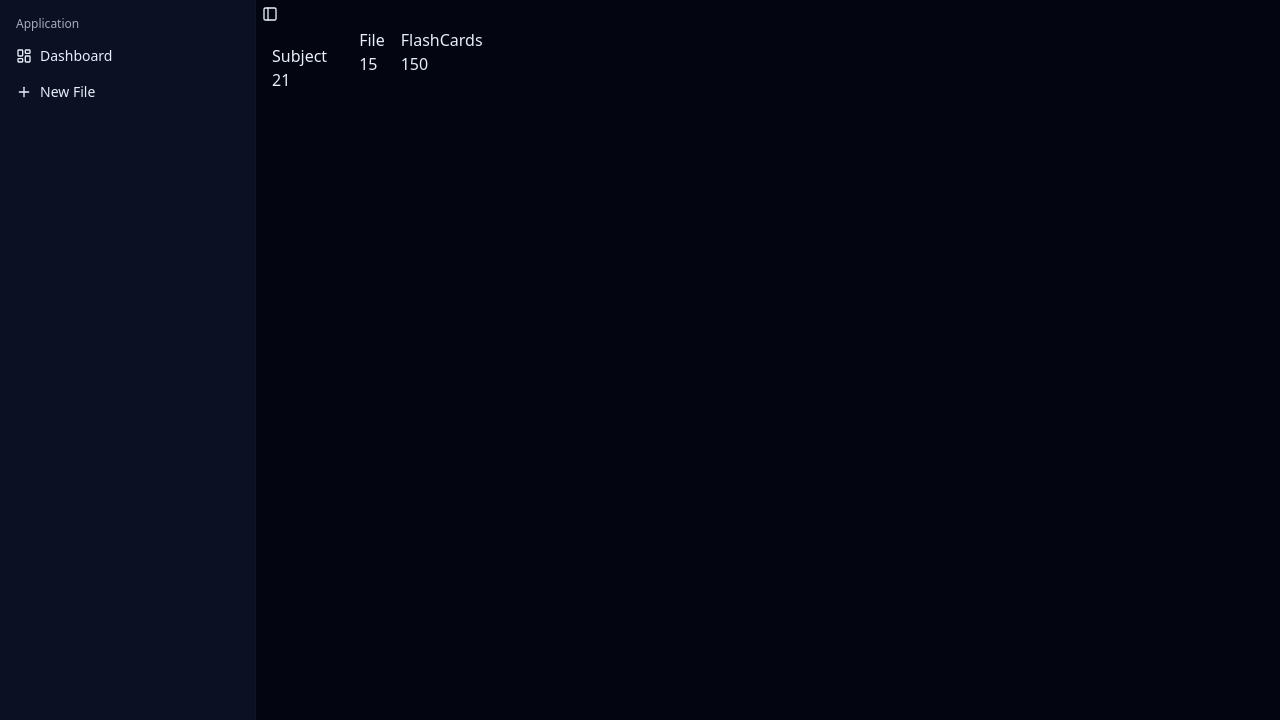
Repository: SywarDer/Student-Assistance
Page: /dashboard (app in student-assistant/)
These files come from the project's save history. The page is drawn as it stood at one moment and after the next save; the edit follows.
The browser window is 1280 px wide. The pictures show the whole page.
The project was rebuilt for these pictures with package versions that can differ from the ones it lists, and the page was loaded fresh each time. The framework's server and built-in components were replaced by stand-ins that run in the browser. Also part of the build but not shown: student-assistant/next.config.ts, student-assistant/components/ui/input.tsx, student-assistant/components/ui/separator.tsx, student-assistant/components/ui/skeleton.tsx. Imported but missing from the stored project, and not drawn on this page: student-assistant/components/ui/sheet.

Above is the page before, as saved 2025-10-30 19:47:22.

### student-assistant/app/layout.tsx
import type { Metadata } from "next";
import { Geist, Geist_Mono } from "next/font/google";
import "./globals.css";
import { SidebarProvider, SidebarTrigger } from "@/components/ui/sidebar";
import { AppSidebar } from "./home/components/navBar";

const geistSans = Geist({
  variable: "--font-geist-sans",
  subsets: ["latin"],
});

const geistMono = Geist_Mono({
  variable: "--font-geist-mono",
  subsets: ["latin"],
});

export const metadata: Metadata = {
  title: "Create Next App",
  description: "Generated by create next app",
};

export default function RootLayout({
children,
}: Readonly<{
  children: React.ReactNode;
}>) {
  return (
    <html lang="en">
      <body
        className={`${geistSans.variable} ${geistMono.variable} antialiased`}
      >
        <SidebarProvider>
      <AppSidebar />
      <main>
        <SidebarTrigger />
        {children}
         </main>
    </SidebarProvider>
      </body>
    </html>
  );
}

### student-assistant/app/dashboard/page.tsx
export default function Dashboard(){
    return(

        <div className="flex space-x-4">
            <div className="rounded-lg p-4">
                <h1 className="">Subject</h1>
                <h1>21</h1>
            </div>
            <div>
                <h1>File</h1>
                <h1>15</h1>
            </div>
            <div>
                <h1>FlashCards</h1>
                <h1>150</h1>
            </div>
        </div>

    )
}

### student-assistant/app/globals.css
@import "tailwindcss";
@import "tw-animate-css";

@custom-variant dark (&:is(.dark *));

@theme inline {
  --color-background: var(--background);
  --color-foreground: var(--foreground);
  --font-sans: var(--font-geist-sans);
  --font-mono: var(--font-geist-mono);
  --color-sidebar-ring: var(--sidebar-ring);
  --color-sidebar-border: var(--sidebar-border);
  --color-sidebar-accent-foreground: var(--sidebar-accent-foreground);
  --color-sidebar-accent: var(--sidebar-accent);
  --color-sidebar-primary-foreground: var(--sidebar-primary-foreground);
  --color-sidebar-primary: var(--sidebar-primary);
  --color-sidebar-foreground: var(--sidebar-foreground);
  --color-sidebar: var(--sidebar);
  --color-chart-5: var(--chart-5);
  --color-chart-4: var(--chart-4);
  --color-chart-3: var(--chart-3);
  --color-chart-2: var(--chart-2);
  --color-chart-1: var(--chart-1);
  --color-ring: var(--ring);
  --color-input: var(--input);
  --color-border: var(--border);
  --color-destructive: var(--destructive);
  --color-accent-foreground: var(--accent-foreground);
  --color-accent: var(--accent);
  --color-muted-foreground: var(--muted-foreground);
  --color-muted: var(--muted);
  --color-secondary-foreground: var(--secondary-foreground);
  --color-secondary: var(--secondary);
  --color-primary-foreground: var(--primary-foreground);
  --color-primary: var(--primary);
  --color-popover-foreground: var(--popover-foreground);
  --color-popover: var(--popover);
  --color-card-foreground: var(--card-foreground);
  --color-card: var(--card);
  --radius-sm: calc(var(--radius) - 4px);
  --radius-md: calc(var(--radius) - 2px);
  --radius-lg: var(--radius);
  --radius-xl: calc(var(--radius) + 4px);
}

:root {
  --radius: 0.625rem;

  /* Base dark background & text */
  --background: oklch(0.12 0.03 270);        /* Dark gray-blue */
  --foreground: oklch(0.95 0.02 260);        /* Soft white */

  /* Cards & popovers */
  --card: oklch(0.18 0.04 270);              /* Slightly lighter than background */
  --card-foreground: var(--foreground);
  --popover: oklch(0.18 0.04 270);
  --popover-foreground: var(--foreground);

  /* Primary & secondary */
  --primary: oklch(0.6 0.12 260);            /* Deep blue */
  --primary-foreground: var(--foreground);
  --secondary: oklch(0.45 0.08 280);         /* Soft purple */
  --secondary-foreground: var(--foreground);

  /* Muted & accents */
  --muted: oklch(0.2 0.03 270);
  --muted-foreground: oklch(0.7 0.02 260);
  --accent: oklch(0.65 0.15 350);            /* Magenta/pinkish accent */
  --accent-foreground: var(--foreground);

  /* Destructive actions */
  --destructive: oklch(0.6 0.25 30);         /* Dark red */
  --border: oklch(0.3 0.02 270 / 40%);
  --input: oklch(0.15 0.03 270);             /* Slightly darker than card */
  --ring: oklch(0.5 0.03 270);

  /* Charts */
  --chart-1: oklch(0.65 0.22 40);
  --chart-2: oklch(0.6 0.15 170);
  --chart-3: oklch(0.4 0.08 230);
  --chart-4: oklch(0.6 0.18 300);
  --chart-5: oklch(0.55 0.2 50);

  /* Sidebar */
  --sidebar: oklch(0.18 0.04 270);
  --sidebar-foreground: var(--foreground);
  --sidebar-primary: var(--primary);
  --sidebar-primary-foreground: var(--foreground);
  --sidebar-accent: var(--accent);
  --sidebar-accent-foreground: var(--foreground);
  --sidebar-border: oklch(0.3 0.02 270 / 40%);
  --sidebar-ring: oklch(0.5 0.03 270);
}

/* Optional light mode toggle */
.light {
  --background: oklch(0.98 0.02 260);       /* Light gray */
  --foreground: oklch(0.12 0.03 270);       /* Dark text */

  --card: oklch(0.99 0.03 260);
  --card-foreground: var(--foreground);
  --popover: oklch(0.99 0.03 260);
  --popover-foreground: var(--foreground);

  --primary: oklch(0.2 0.05 260);
  --primary-foreground: var(--foreground);
  --secondary: oklch(0.5 0.1 280);
  --secondary-foreground: var(--foreground);

  --muted: oklch(0.85 0.03 270);
  --muted-foreground: oklch(0.35 0.02 260);
  --accent: oklch(0.8 0.2 350);
  --accent-foreground: var(--foreground);

  --destructive: oklch(0.9 0.25 30);
  --border: oklch(0.8 0.02 270 / 30%);
  --input: oklch(0.95 0.03 260);
  --ring: oklch(0.7 0.03 270);

  --chart-1: oklch(0.65 0.22 40);
  --chart-2: oklch(0.6 0.15 170);
  --chart-3: oklch(0.4 0.08 230);
  --chart-4: oklch(0.6 0.18 300);
  --chart-5: oklch(0.55 0.2 50);

  --sidebar: oklch(0.95 0.03 260);
  --sidebar-foreground: var(--foreground);
  --sidebar-primary: var(--primary);
  --sidebar-primary-foreground: var(--foreground);
  --sidebar-accent: var(--accent);
  --sidebar-accent-foreground: var(--foreground);
  --sidebar-border: oklch(0.8 0.02 270 / 30%);
  --sidebar-ring: oklch(0.7 0.03 270);
}



@layer base {
  * {
    @apply border-border outline-ring/50;
  }
  body {
    @apply bg-background text-foreground;
  }
}

### student-assistant/app/home/components/navBar.tsx
import { Calendar, Home, Inbox, LayoutDashboardIcon, PlusIcon, Search, Settings } from "lucide-react"

import {
  Sidebar,
  SidebarContent,
  SidebarGroup,
  SidebarGroupContent,
  SidebarGroupLabel,
  SidebarMenu,
  SidebarMenuButton,
  SidebarMenuItem,
} from "@/components/ui/sidebar"


const items = [
  {
    title: "Dashboard",
    url: "/dashboard",
    icon: LayoutDashboardIcon,
  },
  {
    title: "New File",
    url: "/new-file",
    icon: PlusIcon,
  },

]

export function AppSidebar() {
  return (
    <Sidebar>
      <SidebarContent>
        <SidebarGroup>
          <SidebarGroupLabel>Application</SidebarGroupLabel>
          <SidebarGroupContent>
            <SidebarMenu>
              {items.map((item) => (
                <SidebarMenuItem key={item.title}>
                  <SidebarMenuButton asChild>
                    <a href={item.url}>
                      <item.icon />
                      <span>{item.title}</span>
                    </a>
                  </SidebarMenuButton>
                </SidebarMenuItem>
              ))}
            </SidebarMenu>
          </SidebarGroupContent>
        </SidebarGroup>
      </SidebarContent>
    </Sidebar>
  )
}

### student-assistant/components/ui/button.tsx
import * as React from "react"
import { Slot } from "@radix-ui/react-slot"
import { cva, type VariantProps } from "class-variance-authority"

import { cn } from "@/lib/utils"

const buttonVariants = cva(
  "inline-flex items-center justify-center gap-2 whitespace-nowrap rounded-md text-sm font-medium transition-all disabled:pointer-events-none disabled:opacity-50 [&_svg]:pointer-events-none [&_svg:not([class*='size-'])]:size-4 shrink-0 [&_svg]:shrink-0 outline-none focus-visible:border-ring focus-visible:ring-ring/50 focus-visible:ring-[3px] aria-invalid:ring-destructive/20 dark:aria-invalid:ring-destructive/40 aria-invalid:border-destructive",
  {
    variants: {
      variant: {
        default: "bg-primary text-primary-foreground hover:bg-primary/90",
        destructive:
          "bg-destructive text-white hover:bg-destructive/90 focus-visible:ring-destructive/20 dark:focus-visible:ring-destructive/40 dark:bg-destructive/60",
        outline:
          "border bg-background shadow-xs hover:bg-accent hover:text-accent-foreground dark:bg-input/30 dark:border-input dark:hover:bg-input/50",
        secondary:
          "bg-secondary text-secondary-foreground hover:bg-secondary/80",
        ghost:
          "hover:bg-accent hover:text-accent-foreground dark:hover:bg-accent/50",
        link: "text-primary underline-offset-4 hover:underline",
      },
      size: {
        default: "h-9 px-4 py-2 has-[>svg]:px-3",
        sm: "h-8 rounded-md gap-1.5 px-3 has-[>svg]:px-2.5",
        lg: "h-10 rounded-md px-6 has-[>svg]:px-4",
        icon: "size-9",
        "icon-sm": "size-8",
        "icon-lg": "size-10",
      },
    },
    defaultVariants: {
      variant: "default",
      size: "default",
    },
  }
)

function Button({
  className,
  variant,
  size,
  asChild = false,
  ...props
}: React.ComponentProps<"button"> &
  VariantProps<typeof buttonVariants> & {
    asChild?: boolean
  }) {
  const Comp = asChild ? Slot : "button"

  return (
    <Comp
      data-slot="button"
      className={cn(buttonVariants({ variant, size, className }))}
      {...props}
    />
  )
}

export { Button, buttonVariants }

### student-assistant/components/ui/tooltip.tsx
"use client"

import * as React from "react"
import * as TooltipPrimitive from "@radix-ui/react-tooltip"

import { cn } from "@/lib/utils"

function TooltipProvider({
  delayDuration = 0,
  ...props
}: React.ComponentProps<typeof TooltipPrimitive.Provider>) {
  return (
    <TooltipPrimitive.Provider
      data-slot="tooltip-provider"
      delayDuration={delayDuration}
      {...props}
    />
  )
}

function Tooltip({
  ...props
}: React.ComponentProps<typeof TooltipPrimitive.Root>) {
  return (
    <TooltipProvider>
      <TooltipPrimitive.Root data-slot="tooltip" {...props} />
    </TooltipProvider>
  )
}

function TooltipTrigger({
  ...props
}: React.ComponentProps<typeof TooltipPrimitive.Trigger>) {
  return <TooltipPrimitive.Trigger data-slot="tooltip-trigger" {...props} />
}

function TooltipContent({
  className,
  sideOffset = 0,
  children,
  ...props
}: React.ComponentProps<typeof TooltipPrimitive.Content>) {
  return (
    <TooltipPrimitive.Portal>
      <TooltipPrimitive.Content
        data-slot="tooltip-content"
        sideOffset={sideOffset}
        className={cn(
          "bg-foreground text-background animate-in fade-in-0 zoom-in-95 data-[state=closed]:animate-out data-[state=closed]:fade-out-0 data-[state=closed]:zoom-out-95 data-[side=bottom]:slide-in-from-top-2 data-[side=left]:slide-in-from-right-2 data-[side=right]:slide-in-from-left-2 data-[side=top]:slide-in-from-bottom-2 z-50 w-fit origin-(--radix-tooltip-content-transform-origin) rounded-md px-3 py-1.5 text-xs text-balance",
          className
        )}
        {...props}
      >
        {children}
        <TooltipPrimitive.Arrow className="bg-foreground fill-foreground z-50 size-2.5 translate-y-[calc(-50%_-_2px)] rotate-45 rounded-[2px]" />
      </TooltipPrimitive.Content>
    </TooltipPrimitive.Portal>
  )
}

export { Tooltip, TooltipTrigger, TooltipContent, TooltipProvider }

Loaded but not shown: student-assistant/hooks/use-mobile.ts (common file); student-assistant/lib/utils.ts (common file); student-assistant/components/ui/sidebar.tsx (726 lines, source omitted)

After the next save:
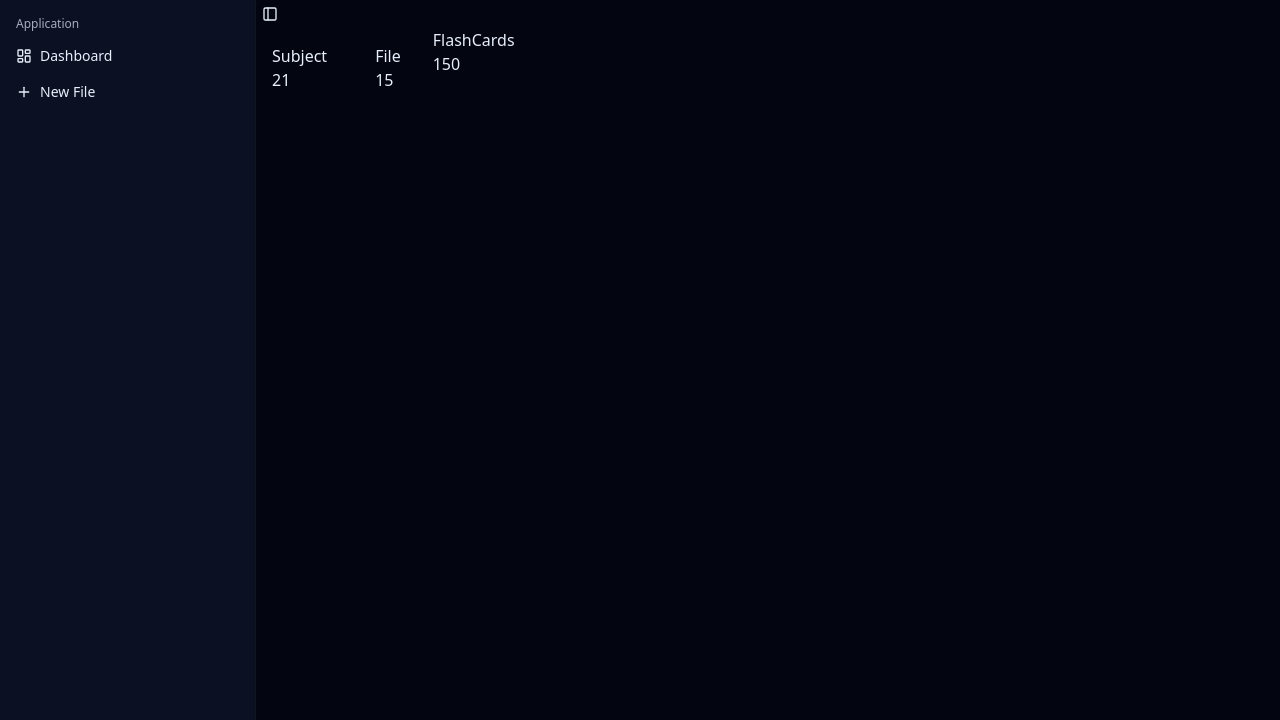
Saved 7 s later.
--- a/student-assistant/app/dashboard/page.tsx
+++ b/student-assistant/app/dashboard/page.tsx
@@ -6,7 +6,7 @@ export default function Dashboard(){
                 <h1 className="">Subject</h1>
                 <h1>21</h1>
             </div>
-            <div>
+            <div className="rounded-lg p-4">
                 <h1>File</h1>
                 <h1>15</h1>
             </div>
